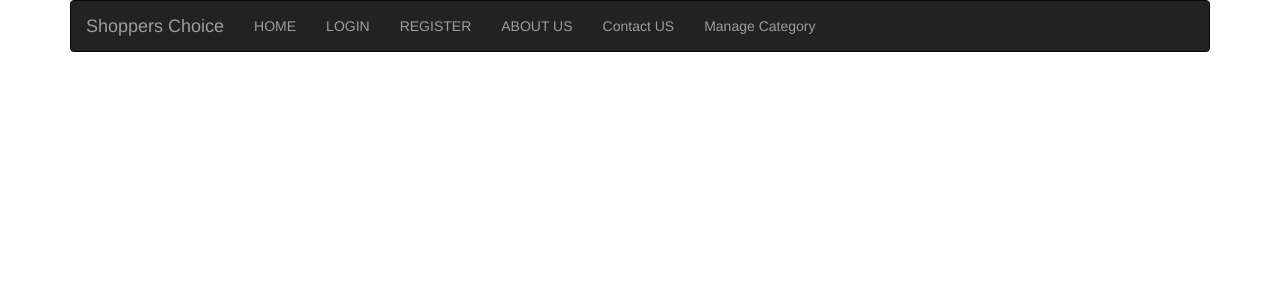
Repository: ShivaniSharma97/NewWorkspace
Page: http://localhost/ShoppersChoiceFrontend/
An editor plug-in stored every save of this project. The page is shown before and after the next save, followed by the edit.
The browser window is 1280 px wide. The pictures show the whole page.
The page is served by Tomcat 9. Nobody is signed in. The application's start-up code is not run. Other server files are loaded and not shown.

Above is the page before, as saved 2019-02-12 10:41:47.

### ShoppersChoiceFrontend/src/main/webapp/index.jsp
<%@ page language="java" contentType="text/html"%>
<%@include file="/WEB-INF/views/Header.jsp"%>

</body>

</html>

### ShoppersChoiceFrontend/src/main/webapp/WEB-INF/views/Header.jsp
<%@ page language="java" contentType="text/html"%>
<%@taglib uri="http://java.sun.com/jsp/jstl/core" prefix="c" %>
<html>
<head>
<meta charset="ISO-8859-1">
<title>$(pageinfo)Shoppers choice</title>
<link rel="stylesheet" href="https://maxcdn.bootstrapcdn.com/bootstrap/3.3.7/css/bootstrap.min.css">
<script src="https://ajax.googleapis.com/ajax/libs/jquery/3.3.1/jquery.min.js"></script>
<script src="https://maxcdn.bootstrapcdn.com/bootstrap/3.3.7/js/bootstrap.min.js"></script>
</head>
<body>
<Background img="C:\Users\ABHAY\Downloads.jfif" width="1300px" height="350px"/>
<div class="container">
    <nav class="navbar navbar-inverse">
        <div class="container-fluid">
           <div class="navbar-header">
               <a class="navbar-brand" href="#"> Shoppers Choice </a>
           </div>

           <ul class="nav navbar-nav">
             <li> <a href="home" />HOME </a></li>
             <li> <a href="login"/> LOGIN  </a></li>
             <li> <a href="register"/> REGISTER </a></li>
             <li> <a href="aboutUs"/> ABOUT US </a></li>
             <li> <a href="contactUs"/>Contact US </a></li>
             <li> <a href="category"/> Manage Category </a></li>

             </ul>
             </div>
             </nav>
             </div>
             </body>
             </html>

After the next save:
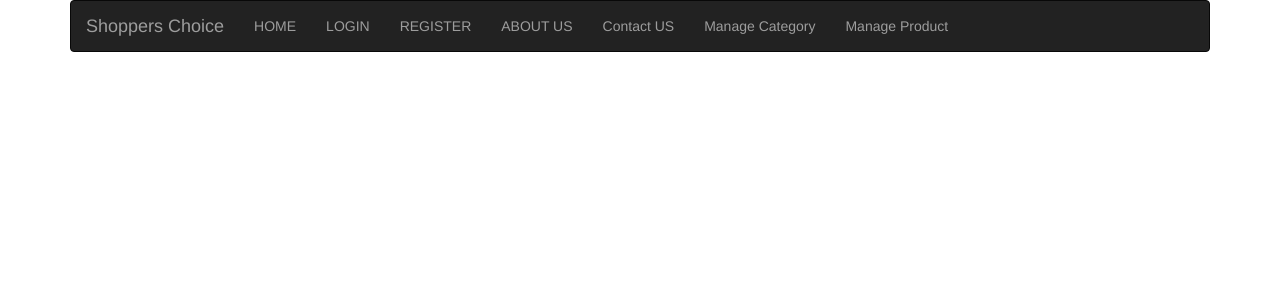
Saved 51 s later.
--- a/ShoppersChoiceFrontend/src/main/webapp/WEB-INF/views/Header.jsp
+++ b/ShoppersChoiceFrontend/src/main/webapp/WEB-INF/views/Header.jsp
@@ -24,7 +24,7 @@
              <li> <a href="aboutUs"/> ABOUT US </a></li>
              <li> <a href="contactUs"/>Contact US </a></li>
              <li> <a href="category"/> Manage Category </a></li>
-
+             <li> <a href="product"/> Manage Product </a></li>
              </ul>
              </div>
              </nav>
